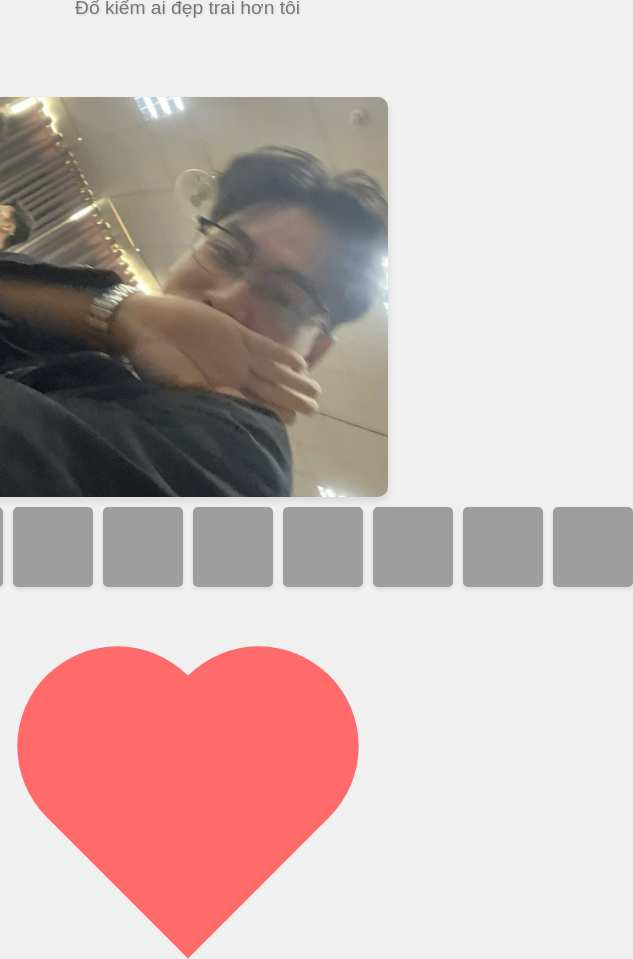
Repository: Thonghehe/profile
Page: index.html
The author's editor kept a copy of each file at every save. The page is drawn from the files as they stood at one save, then again after the next save.
The browser window is 375 px wide. The page is 633 px wide, then 400 px, so the pictures cover 633 px, including what lies to the right of the window. The pictures show the whole page.
Pictures or frames that could not be fetched are drawn as grey boxes.

Above is the page before, as saved 2024-11-15 13:50:58.

### index.html
<!DOCTYPE html>
<html lang="en">

<head>
    <meta charset="UTF-8">
    <meta name="viewport" content="width=device-width, initial-scale=1.0">
    <title>Document</title>
    <link rel="stylesheet" href="./style.css">
</head>

<body>
    <div>
        <h1>My Introduce</h1>
        <h2>Tôi tên là thông</h2>
        <p>Đố kiếm ai đẹp trai hơn tôi</p>
        <img src="" alt="">
    </div>

    <div class="thumbnail-container">
        <img id="large-image" src="" alt="Large Image">
        <div class="thumbnails" style="margin-bottom:100px ;"></div>
        <div class="heart"></div>
        <script>
            const images = {
                image1: './images/image1.png',
                image2: './images/image.png',
                image3: './images/image3.png',
                image4: './images/image4.png',
                image5: './images/image5.png',
                image6: './images/image6.png',
                image7: './images/image7.png',
                image8: './images/image8.png',
                image9: './images/image9.png',
                image10: './images/image10.png',
            };

            const largeImage = document.getElementById('large-image');
            const thumbnailsContainer = document.querySelector('.thumbnails');

            Object.values(images).forEach(src => {
                const img = document.createElement('img');
                img.src = src;
                img.alt = 'Thumbnail';
                img.classList.add('thumbnail');
                img.addEventListener('mouseover', () => {
                    largeImage.src = src;
                });
                thumbnailsContainer.appendChild(img);
            });

            // Set the initial large image
            largeImage.src = images.image1;
        </script>
</body>

</html>

### style.css
body {
    display: flex;
    flex-direction: column;
    justify-content: center;
    align-items: center;
    height: 100vh;
    margin: 0;
    background-color: #f0f0f0;
    font-family: Arial, sans-serif;
    overflow: hidden;
}

div {
    text-align: center;
    margin-bottom: 20px;
}

h1 {
    font-size: 2.5em;
    color: #333;
    margin-bottom: 10px;
    text-shadow: 2px 2px 4px rgba(0, 0, 0, 0.1);
}

h2 {
    font-size: 2em;
    color: #555;
    margin-bottom: 10px;
    text-shadow: 1px 1px 3px rgba(0, 0, 0, 0.1);
}

p {
    font-size: 1.2em;
    color: #777;
    margin-bottom: 20px;
    text-shadow: 1px 1px 2px rgba(0, 0, 0, 0.1);
}

.heart {
    position: relative;
    width: 200px;
    height: 200px;
    background-color: #ff6b6b;
    transform: rotate(-45deg);
    margin-top: 20px;
}

.heart::before,
.heart::after {
    content: "";
    position: absolute;
    width: 200px;
    height: 200px;
    background-color: #ff6b6b;
    border-radius: 50%;
}

.heart::before {
    top: -100px;
    left: 0;
}

.heart::after {
    top: 0;
    left: 100px;
}



.thumbnail-container {
    display: flex;
    flex-direction: column;
    align-items: center;
    gap: 10px;
    margin-top: 20px;
}

#large-image {
    width: 400px;
    height: 400px;
    object-fit: cover;
    border-radius: 10px;
    box-shadow: 0 4px 8px rgba(0, 0, 0, 0.1);
}

.thumbnails {
    display: flex;
    gap: 10px;
}

.thumbnail {
    width: 80px;
    height: 80px;
    object-fit: cover;
    border-radius: 5px;
    cursor: pointer;
    box-shadow: 0 2px 4px rgba(0, 0, 0, 0.1);
}

After the next save:
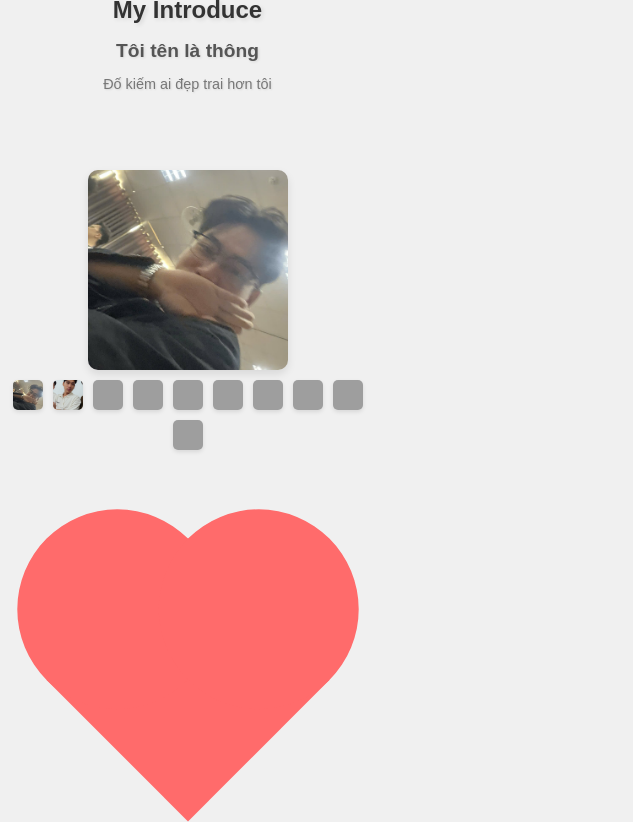
Saved 19 h 3 min later.
--- a/style.css
+++ b/style.css
@@ -6,7 +6,7 @@ body {
     height: 100vh;
     margin: 0;
     background-color: #f0f0f0;
-    font-family: Arial, sans-serif;
+    font-family: 'Arial', sans-serif;
     overflow: hidden;
 }
 
@@ -65,7 +65,14 @@ p {
     left: 100px;
 }
 
-
+#fireworks-container {
+    position: absolute;
+    top: 0;
+    left: 0;
+    width: 100%;
+    height: 100%;
+    pointer-events: none;
+}
 
 .thumbnail-container {
     display: flex;
@@ -76,8 +83,8 @@ p {
 }
 
 #large-image {
-    width: 400px;
-    height: 400px;
+    width: 300px;
+    height: 300px;
     object-fit: cover;
     border-radius: 10px;
     box-shadow: 0 4px 8px rgba(0, 0, 0, 0.1);
@@ -86,13 +93,86 @@ p {
 .thumbnails {
     display: flex;
     gap: 10px;
+    flex-wrap: wrap;
+    justify-content: center;
 }
 
 .thumbnail {
-    width: 80px;
-    height: 80px;
+    width: 50px;
+    height: 50px;
     object-fit: cover;
     border-radius: 5px;
     cursor: pointer;
     box-shadow: 0 2px 4px rgba(0, 0, 0, 0.1);
 }
+
+#add-image-button {
+    margin-top: 10px;
+    padding: 10px 20px;
+    font-size: 16px;
+    cursor: pointer;
+    background-color: #007bff;
+    color: white;
+    border: none;
+    border-radius: 5px;
+    box-shadow: 0 2px 4px rgba(0, 0, 0, 0.1);
+    transition: background-color 0.3s ease;
+}
+
+#add-image-button:hover {
+    background-color: #0056b3;
+}
+
+/* Media Queries for Responsive Design */
+@media (max-width: 768px) {
+    h1 {
+        font-size: 2em;
+    }
+
+    h2 {
+        font-size: 1.5em;
+    }
+
+    p {
+        font-size: 1em;
+    }
+
+    #large-image {
+        width: 250px;
+        height: 250px;
+    }
+
+    .thumbnail {
+        width: 40px;
+        height: 40px;
+    }
+}
+
+@media (max-width: 480px) {
+    h1 {
+        font-size: 1.5em;
+    }
+
+    h2 {
+        font-size: 1.2em;
+    }
+
+    p {
+        font-size: 0.9em;
+    }
+
+    #large-image {
+        width: 200px;
+        height: 200px;
+    }
+
+    .thumbnail {
+        width: 30px;
+        height: 30px;
+    }
+
+    #add-image-button {
+        padding: 8px 16px;
+        font-size: 14px;
+    }
+}
